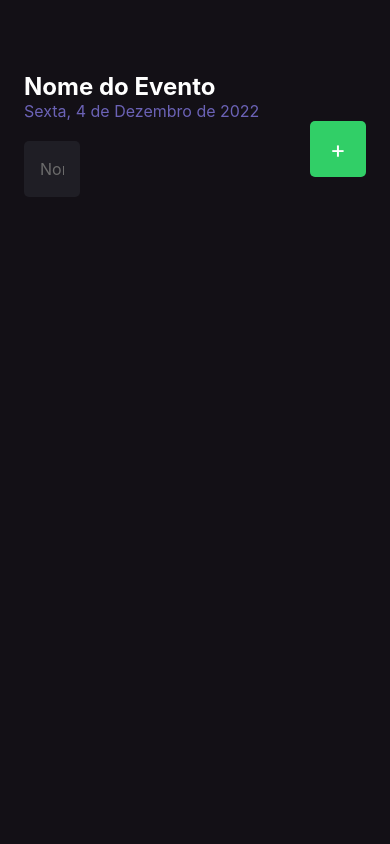
Repository: guilhermecardoso93/reactNative-ignite-imhere
Screen: /
An editor plug-in stored every save of this project. The screen is shown before and after the next save, followed by the edit.
The app was drawn by React Native's web renderer in a window 390 px wide. The project was rebuilt for these pictures with package versions that can differ from the ones it lists, and the page was loaded fresh each time.

Above is the screen before, as saved 2022-10-02 19:53:37.

After the next save:
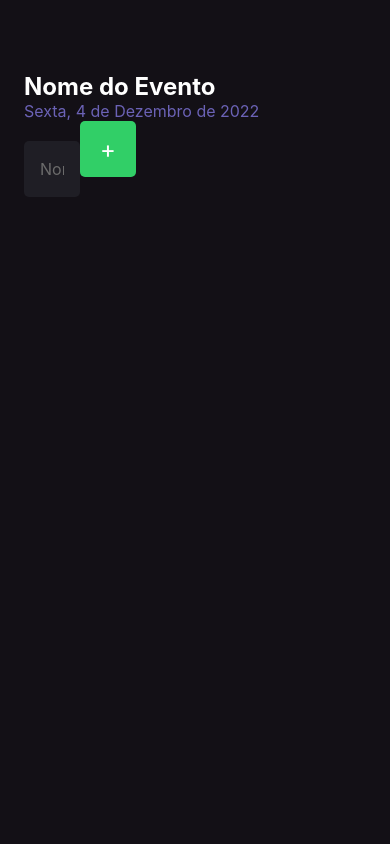
Saved 14 s later.
--- a/src/screens/Home/styles.ts
+++ b/src/screens/Home/styles.ts
@@ -19,7 +19,7 @@ export const styles = StyleSheet.create({
   form: {
     width: "100%",
     flexDirection: "row",
-    justifyContent: "space-between",
+    //justifyContent: "space-between",
   },
   eventInput: {
     backgroundColor: "#1f1e25",
@@ -31,6 +31,7 @@ export const styles = StyleSheet.create({
     marginTop: 20,
     fontSize: 16,
   },
+
   button: {
     width: 56,
     height: 56,
